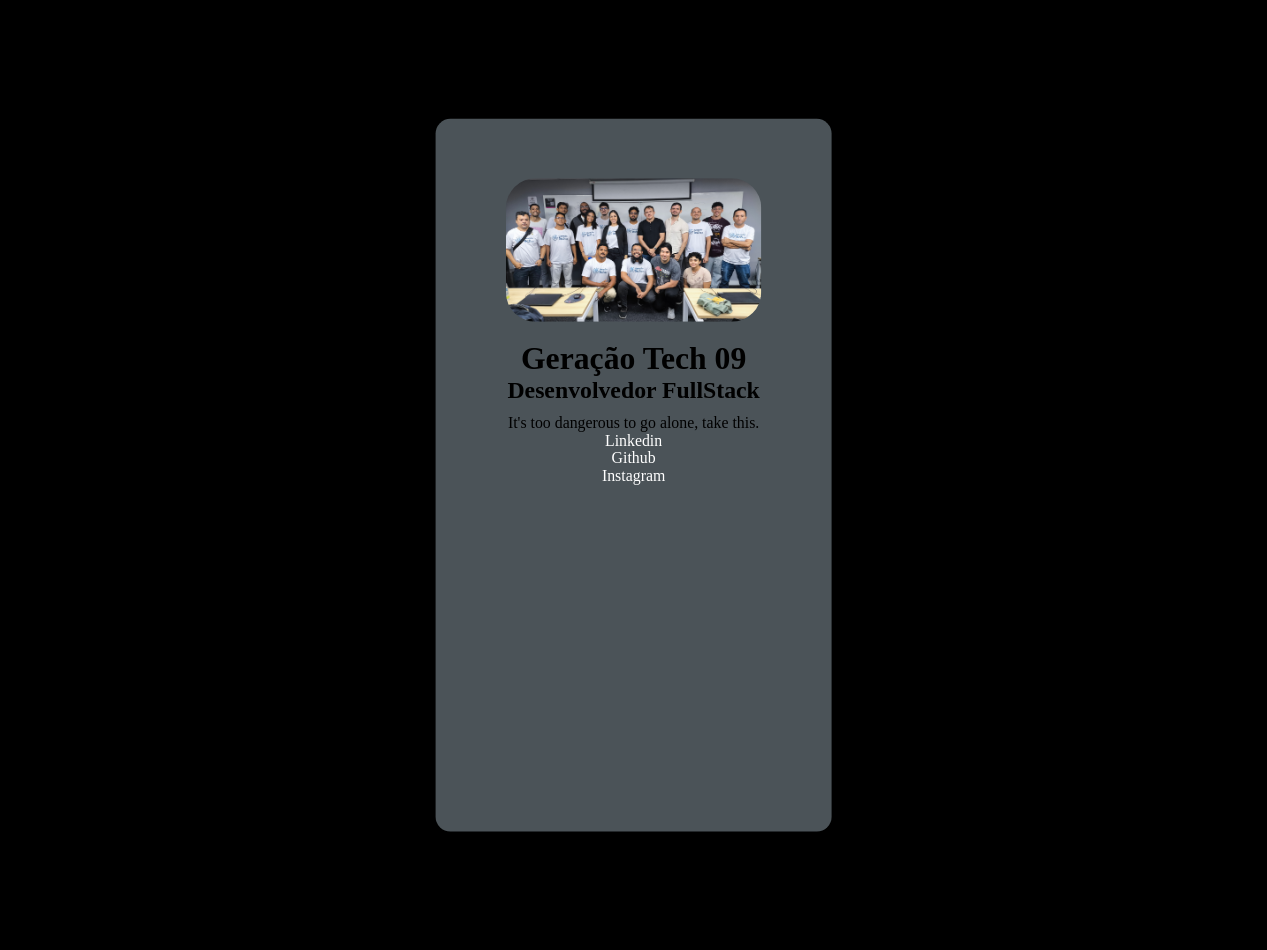
Repository: geracao-09/linktree-gt9
Page: index.html
The author's editor kept a copy of each file at every save. The page is drawn from the files as they stood at one save, then again after a run of saves.
The browser window is 1280 px wide. The pictures show the whole page, at 99% of full size.

Above is the page before, as saved 2025-04-10 11:54:25.

After the next 5 saves:
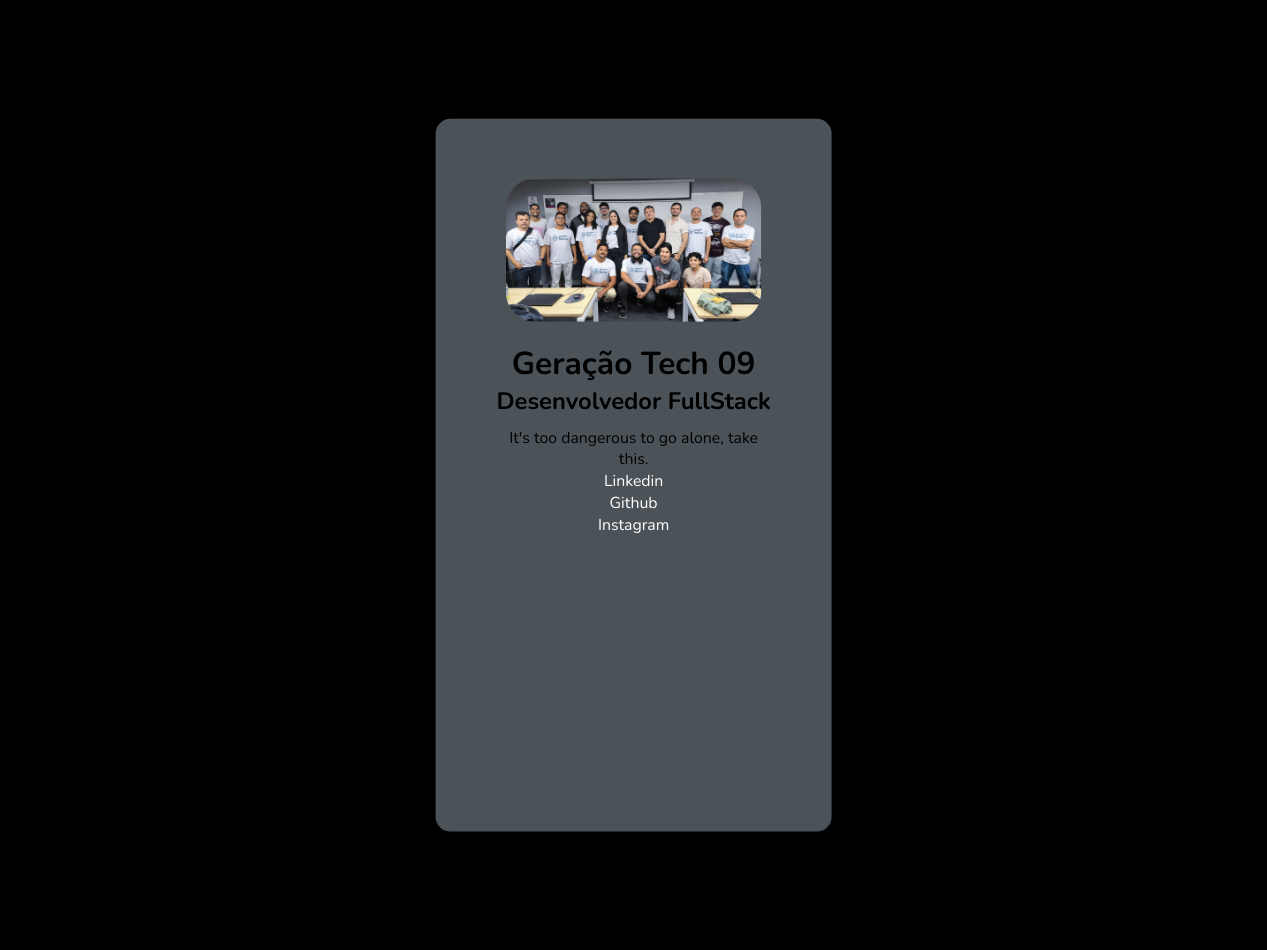
The 5 saves are shown as one change because they came seconds apart.
The last was saved 11 s later.
--- a/style.css
+++ b/style.css
@@ -1,4 +1,5 @@
 * {
+  font-family: "Nunito", sans-serif;
   margin: 0;
   padding: 0;
   box-sizing: border-box;
@@ -25,14 +26,14 @@
 }
 
 .container-infos {
-    margin-top: 15px;
-    margin-bottom: 10px;
+  margin-top: 15px;
+  margin-bottom: 10px;
 }
 .container-social ul {
-    list-style-type: none;
+  list-style-type: none;
 }
 
 .container-social a {
-    text-decoration: none;
-    color: white;
+  text-decoration: none;
+  color: white;
 }
